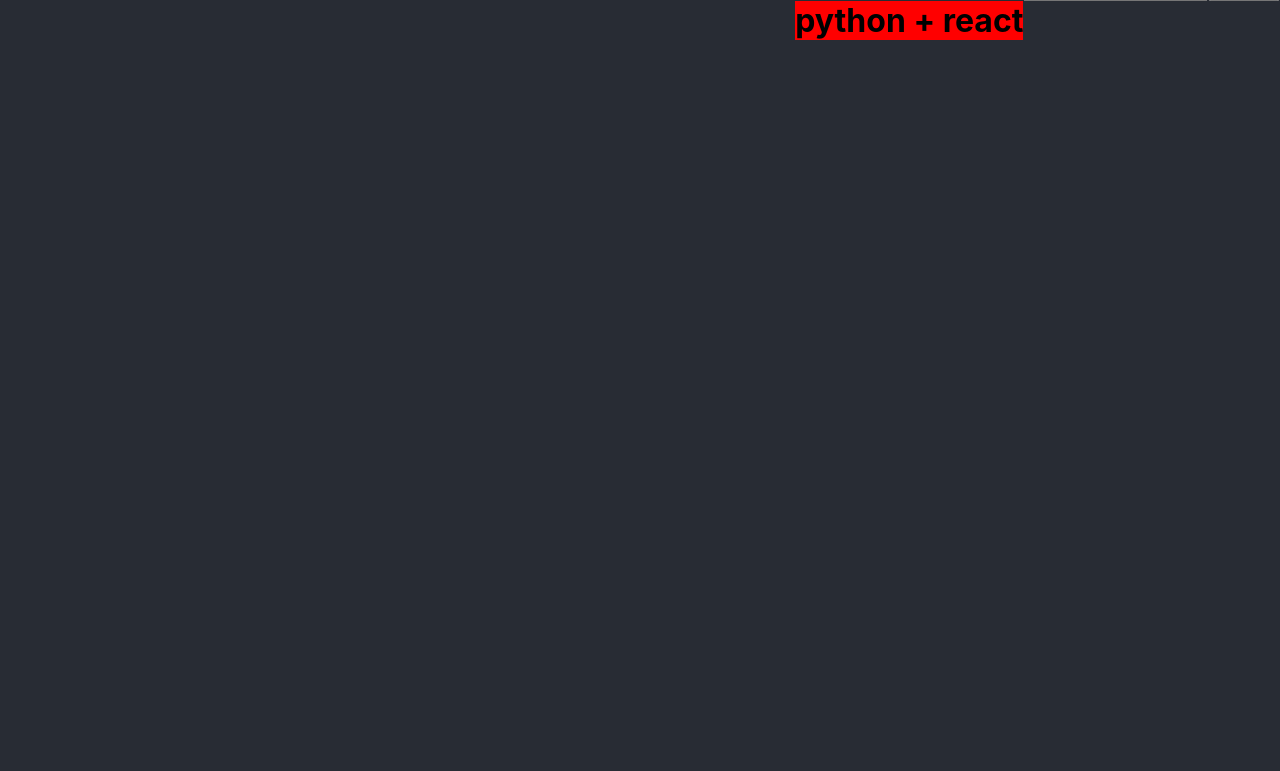
Repository: TMuse333/react-python
Page: / (app in client/)
An editor plug-in stored every save of this project. The page is shown before and after the next save, followed by the edit.
The browser window is 1280 px wide. The pictures show the whole page.
The page's requests for data from a server got no answer. The project was rebuilt for these pictures with package versions that can differ from the ones it lists, and the page was loaded fresh each time. No one was signed in, and anything a server would have sent is missing.

Above is the page before, as saved 2023-11-10 17:11:22.

After the next save:
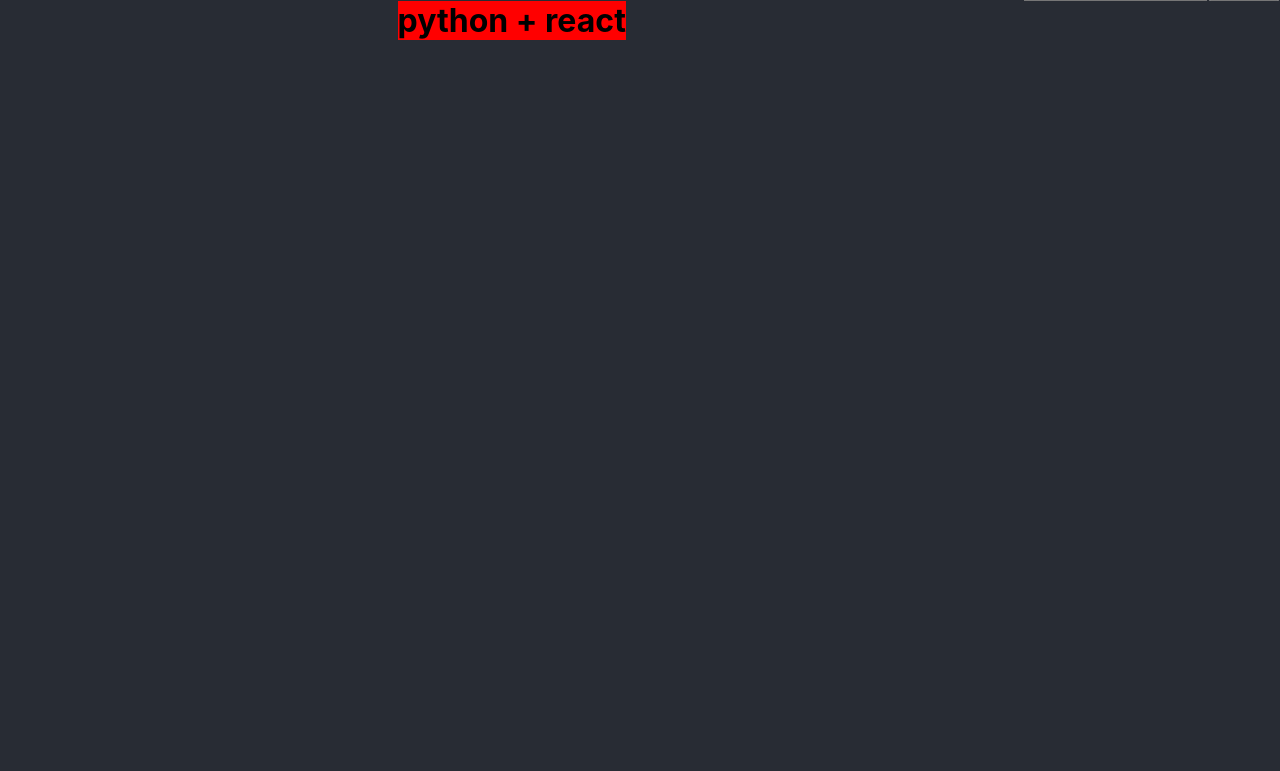
Saved 4 s later.
--- a/client/src/App.css
+++ b/client/src/App.css
@@ -15,7 +15,7 @@
  width: max-content;
  height: min-content;
  margin-left: auto;
- margin
+ margin-right: auto;
 
 
 
